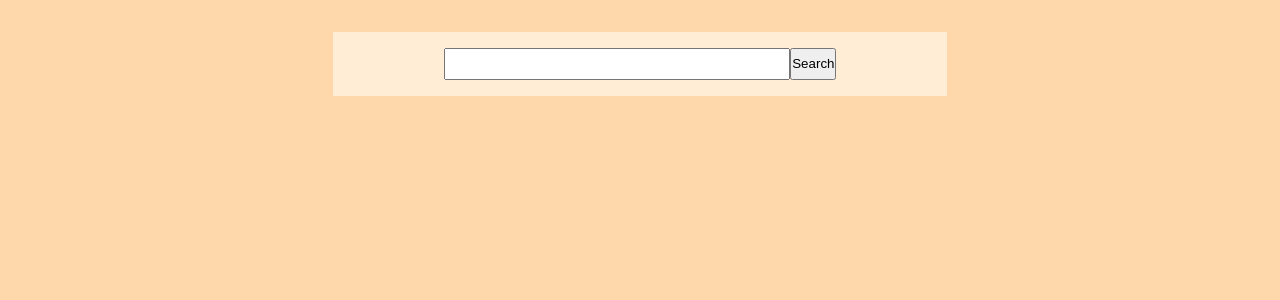
Repository: sandipkarmokar/recipeApp
Page: /
The author's editor kept a copy of each file at every save. The page is drawn from the files as they stood at one save, then again after the next save.
The browser window is 1280 px wide. The pictures show the whole page.
The project was rebuilt for these pictures with package versions that can differ from the ones it lists, and the page was loaded fresh each time.

Above is the page before, as saved 2022-04-16 11:51:22.

After the next save:
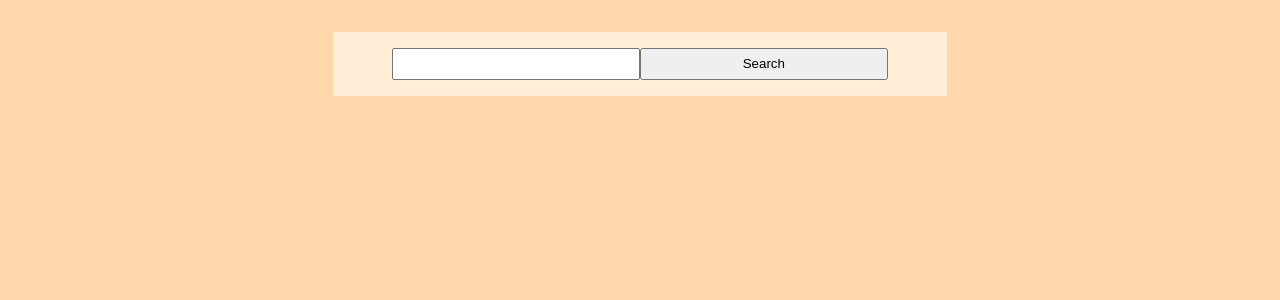
Saved 10 s later.
--- a/src/App.css
+++ b/src/App.css
@@ -33,3 +33,7 @@
     width: 70%;
     padding: 0.4rem 1rem;
 }
+.app .app-container .searchBar .searchBar-container button {
+    width: 70%;
+    padding: 0.4rem 1rem;
+}
